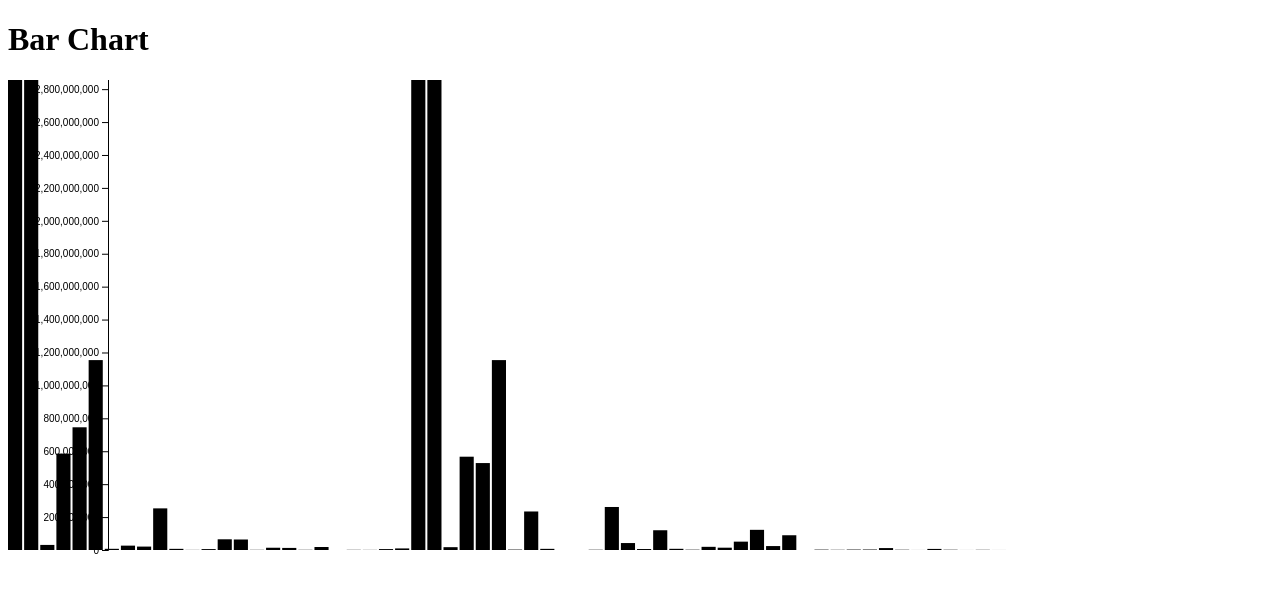
Repository: komalharjani/d3js-visualisation
Page: index.html
An editor plug-in stored every save of this project. The page is shown before and after the next save, followed by the edit.
The browser window is 1280 px wide. The pictures show the whole page.

Above is the page before, as saved 2020-04-29 18:27:39.

### index.html
<!DOCTYPE html>
<html lang="en">
<head>
    <meta charset="UTF-8">
    <meta name="viewport" content="width=device-width, initial-scale=1.0">
    <title>Information Visualisation Practical 3</title>
</head>
<body>
    <div id="barChart"></div>
    <h1>Bar Chart</h1>

</body>
<script src="https://d3js.org/d3.v5.min.js"></script>
<script src="index.js"></script>
</html>

### index.js

let dataPath = "data/energy.csv";
d3.csv(dataPath)
        .then(function (data) {

                let finals = [];

                //Filter Data into new object
                for (let i = 0; i < data.length; i++) {
                        if (data[i].region == "Combined" && data[i].year == 1990) {
                                finals.push({
                                        amount: parseInt(data[i].amount),
                                        type: data[i].type,
                                })
                        }
                }
                console.log(finals);

                let width = 1000;
                let height = 500;
                let margin = {
                        top: 20,
                        right: 20,
                        bottom: 20,
                        left: 50
                };
                let barwidth = (width / finals.length);

                //Append to HTML Document
                let svg = d3.select("body")
                        .append("svg")
                        .attr("height", height)
                        .attr("width", width);

                //Scales
                let xscale = d3.scaleLinear()
                        .domain([0, d3.max(finals, d => d.amount)])
                        .range([0, width]);

                let yscale = d3.scaleLinear()
                        .domain([0, d3.max(finals, d => d.amount)])
                        .range([height, 0]);

                // text scales
                // let yscale = d3.scaleBand()
                // .domain(data.map(d => d.type))
                // .range(0, width);

                //Axis

                let y_axis = d3.axisLeft()
                        .scale(yscale);

                svg.append("g")
                        .attr("transform", "translate(100,-30)")
                        .call(y_axis)


                //X Axis
                // let x_axis = d3.axisBottom()
                //         .scale(xscale);
                // let xAxisTranslate = height - 30;
                // svg.append("g")
                //         .attr("transform", "translate(100, " + xAxisTranslate + ")")
                //         .call(x_axis)

                //Barchart
                svg.selectAll("body") //add rectangles to all data
                        .data(finals) //provide finals as dataset
                        .enter()
                        .append("rect")
                        .attr("y", function (d) {
                                return height - xscale(d.amount);
                        })
                        .attr("height", function (d) {
                                return xscale(d.amount);
                        })
                        .attr("width", barwidth - 2)
                        .attr("transform", function (d, i) {
                                let translate = [barwidth * i,-30];
                                return "translate(" + translate + ")";
                        })
                        .attr("fill", 'black');

                // Barchart Text
                // let text = svg.selectAll("text")
                //         .data(finals)
                //         .enter()
                //         .append("text")
                //         .text(function (d) {
                //                 return d.amount;
                //         })
                //         .attr("y", function (d, i) {
                //                 return height - xscale(d.amount) - 2;
                //         })
                //         .attr("x", function (d, i) {
                //                 return barwidth * i - 30;
                //         })

        });

After the next save:
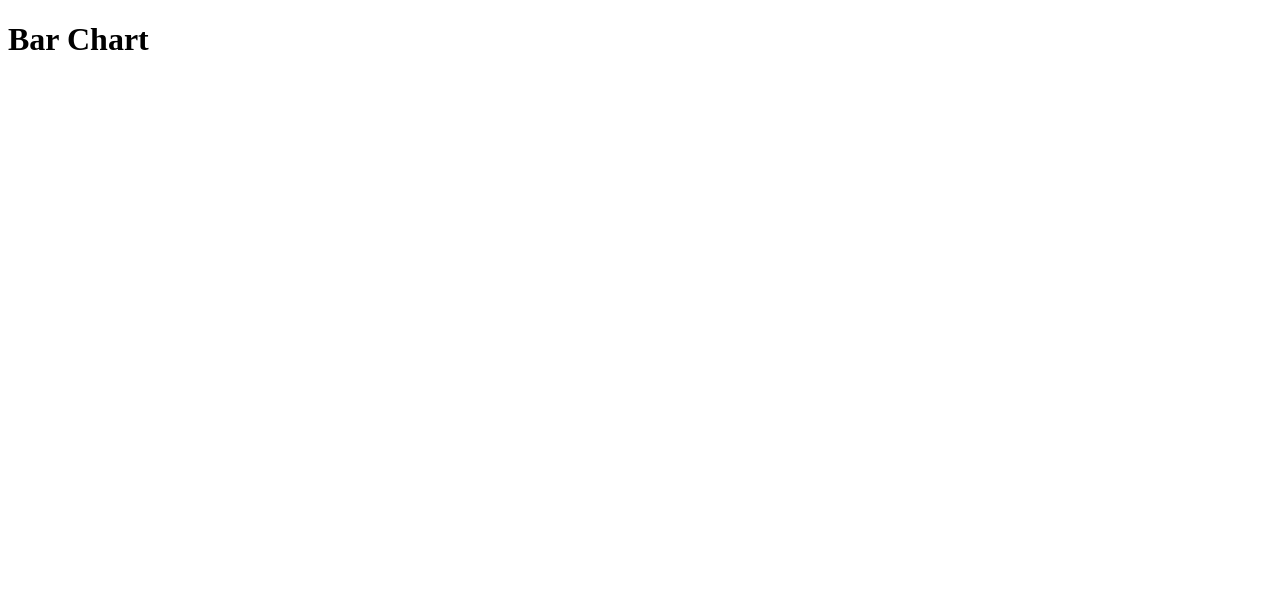
Console error: SyntaxError: missing ) after argument list
Saved 16 s later.
--- a/index.js
+++ b/index.js
@@ -70,7 +70,7 @@
                         .enter()
                         .append("rect")
                         .attr("y", function (d) {
-                                return height - xscale(d.amount);
+                                return height - xscale(d.amount;
                         })
                         .attr("height", function (d) {
                                 return xscale(d.amount);

After the save that followed:
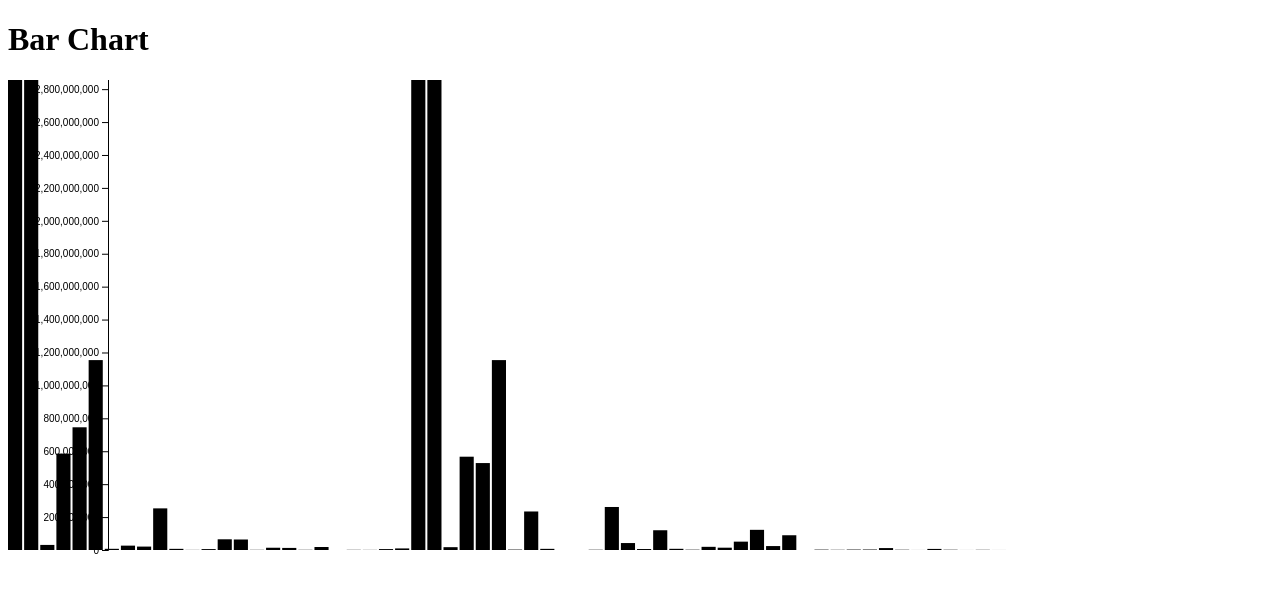
The error is gone.
Saved 5 s later.
--- a/index.js
+++ b/index.js
@@ -70,7 +70,7 @@
                         .enter()
                         .append("rect")
                         .attr("y", function (d) {
-                                return height - xscale(d.amount;
+                                return height - xscale(d.amount);
                         })
                         .attr("height", function (d) {
                                 return xscale(d.amount);
